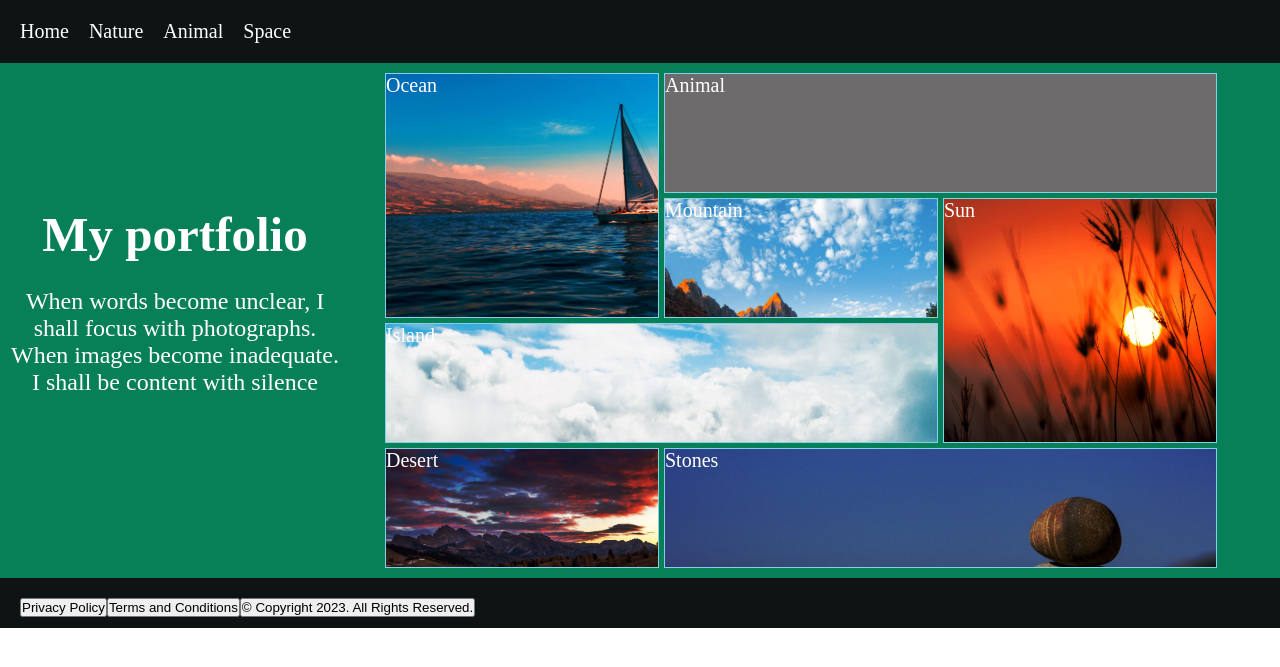
Repository: suraj-yadav7/03_Gallery_Portfolio
Page: index.html
An editor plug-in stored every save of this project. The page is shown before and after the next save, followed by the edit.
The browser window is 1280 px wide. The pictures show the whole page.
Pictures or frames that could not be fetched are drawn as grey boxes. Some web fonts or font styles are not loaded; a fallback is used.

Above is the page before, as saved 2023-02-14 21:22:47.

After the next save:
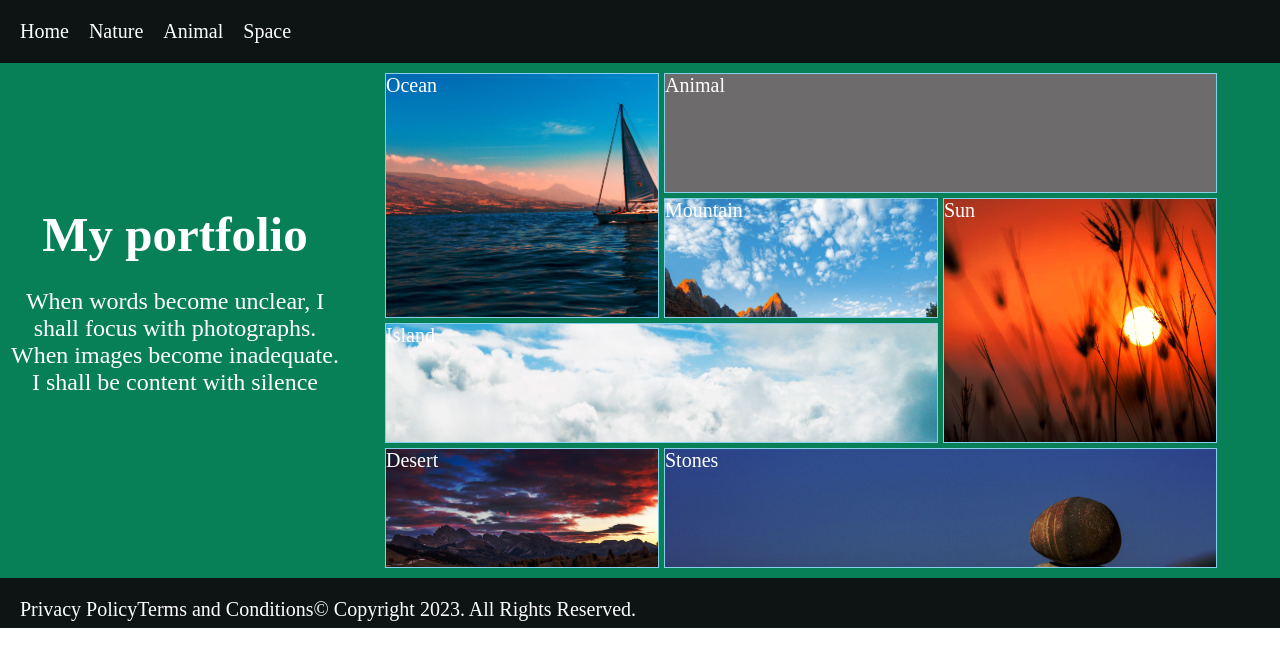
Saved 24 s later.
--- a/index.html
+++ b/index.html
@@ -36,9 +36,9 @@
         </div>
         <footer>
             <div class="flex">
-                <button>Privacy Policy</button>
-                <button>Terms and Conditions</button>
-                <button>© Copyright 2023. All Rights Reserved.</button>
+                <a>Privacy Policy</a>
+                <a>Terms and Conditions</a>
+                <a>© Copyright 2023. All Rights Reserved.</a>
             </div>
         </footer>
 </body>
